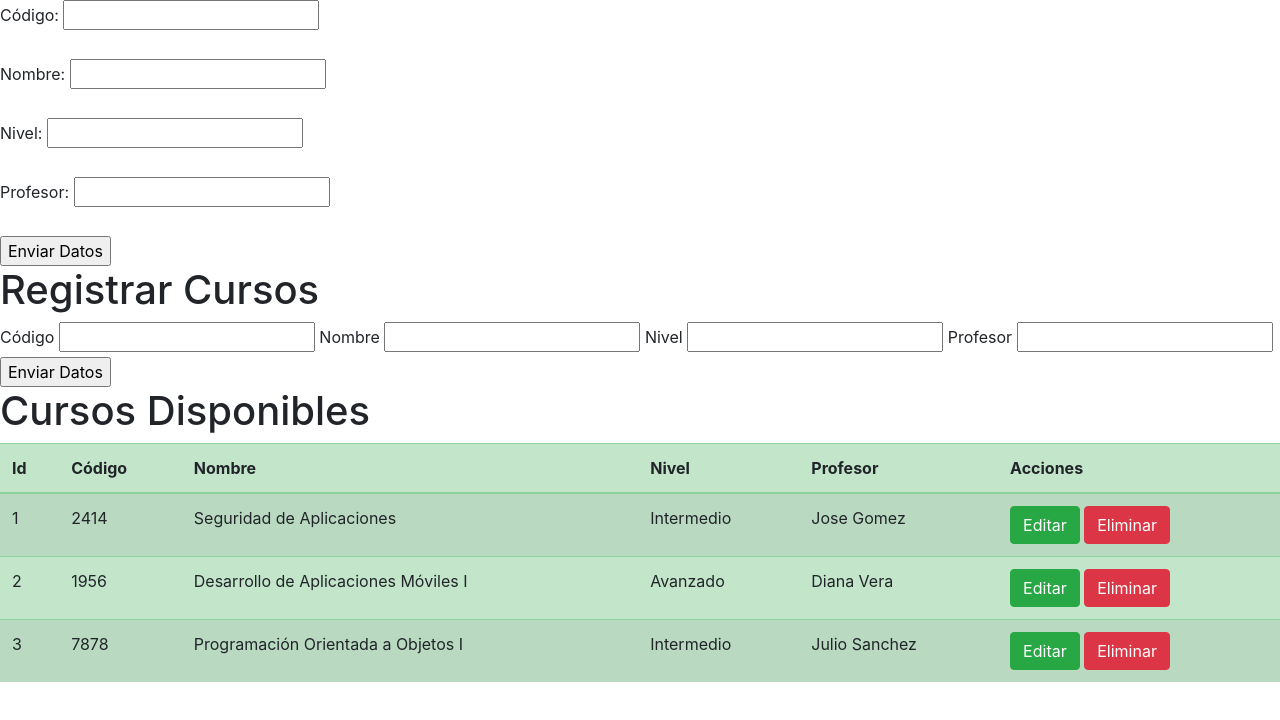
Repository: LuisCondori98/LP1-CIB
Page: http://localhost/Clase-01/demo.jsp
An editor plug-in stored every save of this project. The page is shown before and after the next save, followed by the edit.
The browser window is 1280 px wide. The pictures show the whole page.
The page is served by Tomcat 9.

Above is the page before, as saved 2025-01-11 15:16:35.

### Clase-01/src/main/webapp/demo.jsp
<%@ page language="java" contentType="text/html; charset=ISO-8859-1"
    pageEncoding="ISO-8859-1"%>
<!DOCTYPE html>
<html>
<head>
<meta charset="ISO-8859-1">
<title>Insert title here</title>
<link rel="stylesheet" href="https://maxcdn.bootstrapcdn.com/font-awesome/4.7.0/css/font-awesome.min.css">
<link rel="stylesheet" href="https://stackpath.bootstrapcdn.com/bootstrap/4.4.1/css/bootstrap.min.css">

</head>
<body>
	<form action="RegistrarCursoServlet" method="post">

        <label for="codigo">Código:</label>

        <input type="text" id="codigo" name="codigo" required>

        <br><br>



        <label for="nombre">Nombre:</label>

        <input type="text" id="nombre" name="nombre" required>

        <br><br>



        <label for="nivel">Nivel:</label>

        <input type="text" id="nivel" name="nivel" required>

        <br><br>



        <label for="profesor">Profesor:</label>

        <input type="text" id="profesor" name="profesor" required>

        <br><br>



        <input type="submit" value="Enviar Datos">

    </form>

<h1>Registrar Cursos</h1>

    <form action="RegistrarCursoServlet" method="post">

        <label for="codigo">Código</label>

        <input type="text" id="codigo" name="codigo" required>



        <label for="nombre">Nombre</label>

        <input type="text" id="nombre" name="nombre" required>



        <label for="nivel">Nivel</label>

        <input type="text" id="nivel" name="nivel" required>



        <label for="profesor">Profesor</label>

        <input type="text" id="profesor" name="profesor" required>



        <input type="submit" value="Enviar Datos">

    </form>
	<h1>Cursos Disponibles</h1>

    <table class="table table-success table-striped">

        <thead>

            <tr >

                <th>Id</th>

                <th>Código</th>

                <th>Nombre</th>

                <th>Nivel</th>

                <th>Profesor</th>

                <th>Acciones</th>

            </tr>

        </thead>

        <tbody>

            <tr>

                <td>1</td>

                <td>2414</td>

                <td>Seguridad de Aplicaciones</td>

                <td>Intermedio</td>

                <td>Jose Gomez</td>

                <td class="acciones">

                    <button class="btn btn-success">Editar</button>

                    <button class="btn btn-danger">Eliminar</button>

                </td>

            </tr>

            <tr>

                <td>2</td>

                <td>1956</td>

                <td>Desarrollo de Aplicaciones Móviles I</td>

                <td>Avanzado</td>

                <td>Diana Vera</td>

                <td class="acciones">

                    <button class="btn btn-success">Editar</button>

                    <button class="btn btn-danger">Eliminar</button>

                </td>

            </tr>

            <tr>

                <td>3</td>

                <td>7878</td>

                <td>Programación Orientada a Objetos I</td>

                <td>Intermedio</td>

                <td>Julio Sanchez</td>

                <td class="acciones">

                    <button class="btn btn-success">Editar</button>

                    <button class="btn btn-danger">Eliminar</button>

                </td>

            </tr>

        </tbody>

    </table>
</body>
</html>

After the next save:
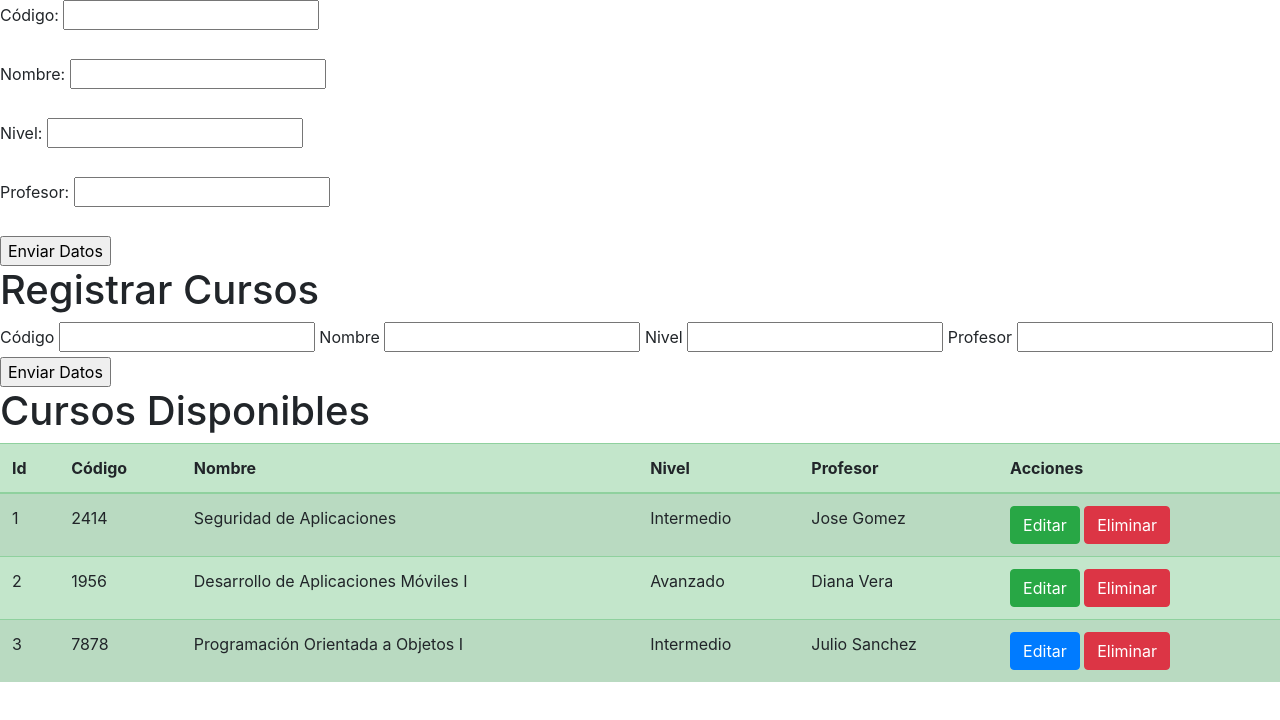
Saved 24 s later.
--- a/Clase-01/src/main/webapp/demo.jsp
+++ b/Clase-01/src/main/webapp/demo.jsp
@@ -163,7 +163,7 @@
 
                 <td class="acciones">
 
-                    <button class="btn btn-success">Editar</button>
+                    <button class="btn btn-primary">Editar</button>
 
                     <button class="btn btn-danger">Eliminar</button>
 
